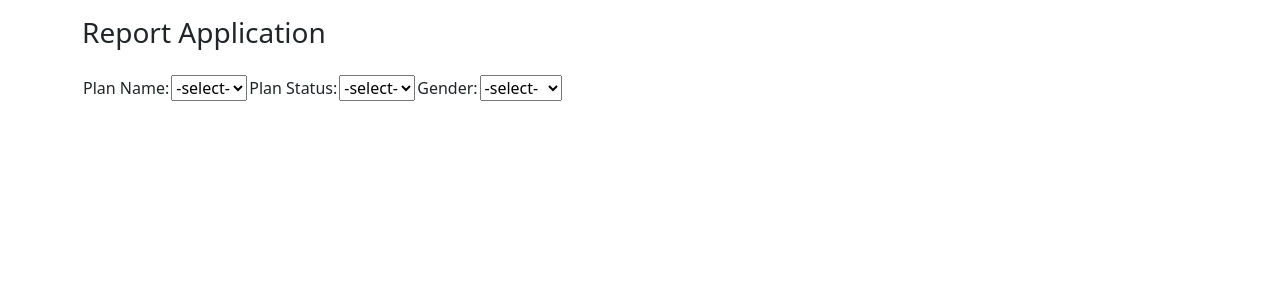
Repository: dubeygaurav52/SpringBoot_Microservices_Concepts
Page: http://localhost/01_Report_App/pages/index.jsp
These files come from the project's save history. The page is drawn as it stood at one moment and after the next save; the edit follows.
The browser window is 1280 px wide. The pictures show the whole page.
The page is served by Tomcat 9. Other server files are loaded and not shown.

Above is the page before, as saved 2025-05-01 14:24:56.

### 01_Report_App/src/main/webapp/pages/index.jsp
<%@ page language="java" contentType="text/html; charset=UTF-8"
    pageEncoding="UTF-8"%>
<!DOCTYPE html>

<%@ taglib uri="http://www.springframework.org/tags" prefix="form" %>

<html>
<head>
 <meta charset="utf-8">
    <meta name="viewport" content="width=device-width, initial-scale=1">
    <title>Reports App</title>
    <link href="https://cdn.jsdelivr.net/npm/bootstrap@5.3.5/dist/css/bootstrap.min.css" rel="stylesheet" integrity="sha384-SgOJa3DmI69IUzQ2PVdRZhwQ+dy64/BUtbMJw1MZ8t5HZApcHrRKUc4W0kG879m7" crossorigin="anonymous">
</head>
<body>
<div class="container">
<h3 class="pb-3 pt-3">Report Application</h3>
<!-- <button class="btn btn-primary">Submit</button> -->

<form action="" modelAttribute="search" method="POST">

<table>
<tr>
<td>Plan Name:</td>
<td>
<select path="planName">
<option value="">-select-</option>
</select>
</td>
<td>Plan Status:</td>
<td>
<select path="planStatus">
<option value="">-select-</option>
</select>
</td>
<td>Gender:</td>
<td>
<select path="gender">
<option value="">-select-</option>
<option value="Male">Male</option>
<option value="Fe-Male">Fe-Male</option>
</select>
</td>

</tr>
</table>

</form>

</div>



<script src="https://cdn.jsdelivr.net/npm/bootstrap@5.3.5/dist/js/bootstrap.bundle.min.js"
integrity="sha384-k6d4wzSIapyDyv1kpU366/PK5hCdSbCRGRCMv+eplOQJWyd1fbcAu9OCUj5zNLiq"
 crossorigin="anonymous"></script>

</body>
</html>

After the next save:
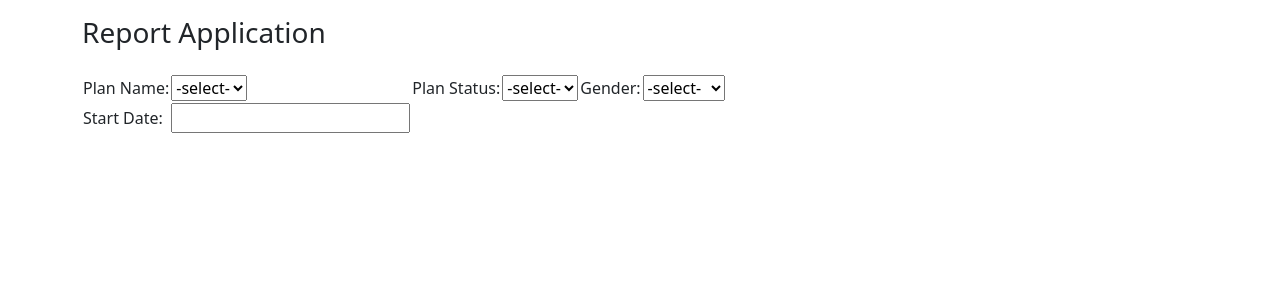
Saved 4 min 38 s later.
--- a/01_Report_App/src/main/webapp/pages/index.jsp
+++ b/01_Report_App/src/main/webapp/pages/index.jsp
@@ -40,7 +40,12 @@
 <option value="Fe-Male">Fe-Male</option>
 </select>
 </td>
-
+</tr>
+<tr>
+<td>Start Date:</td>
+<td>
+<input path="startDate"> </input>
+</td>
 </tr>
 </table>
 
